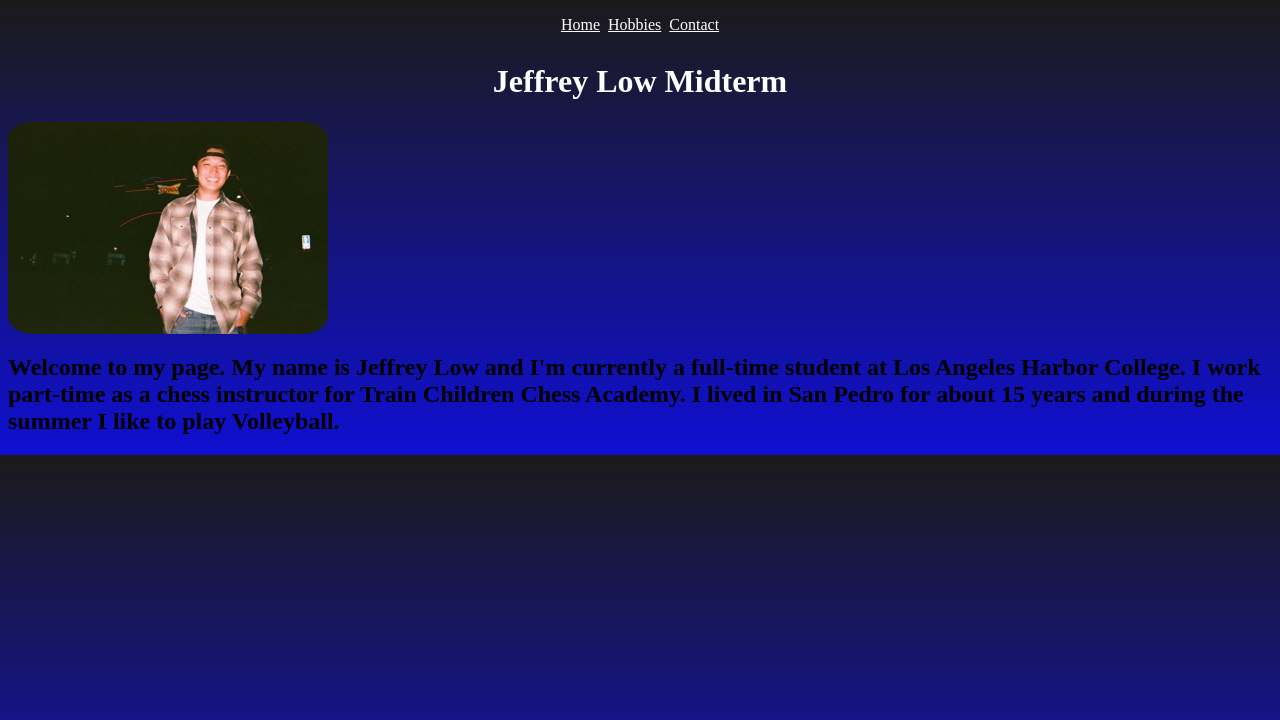
Repository: sebas6292/Jeff-Midterm
Page: home.html
An editor plug-in stored every save of this project. The page is shown before and after the next save, followed by the edit.
The browser window is 1280 px wide. The pictures show the whole page.

Above is the page before, as saved 2023-04-30 23:30:31.

### home.html
<!DOCTYPE html>
<html lang="en">
  <head>
    <title>Home</title>
    <meta charset="UTF-8" />
    <meta name="viewport" content="width=device-width" />
    <link rel="stylesheet" href="styles.css" />
  </head>
  <body>
    <nav>
      <a href="/home.html">Home</a>
      <a href="/hobby.html">Hobbies</a>
      <a href="/contact.html">Contact</a>
    </nav>
    <main>
      <h1>Jeffrey Low Midterm</h1>
      <section class="home-summary">
        <img src="pics/Swag.jpeg">
        <h2>Welcome to my page. My name is Jeffrey Low and I'm currently a full-time student at Los Angeles Harbor College. I work part-time as a chess instructor for Train Children Chess Academy. I lived in San Pedro for about 15 years and during the summer I like to play Volleyball. </h2>
      </section>

    </main>
  </body>
</html>

### styles.css
body {
  background: linear-gradient(rgb(27, 26, 26), rgb(15, 15, 210));
}

nav {
  display: flex;
  flex-wrap: wrap;
  align-items: center;
  justify-content: center;
  padding: 0.5rem;
  gap: 0.5rem;
}
nav, a, h1, p{
  color: white
}

.title {
  display: flex;
  justify-content: center;
}

/* hobbies */
.container {
  display: flex;
  flex-wrap: wrap;
  justify-content: center ;
}
.box-container {
  padding: 1rem;
}
.img-hobbies {
  border-radius: 10%;
}

h1, .contact-info, img {
  display: flex;
  justify-content: center;
  border-radius: 8%;
}

After the next save:
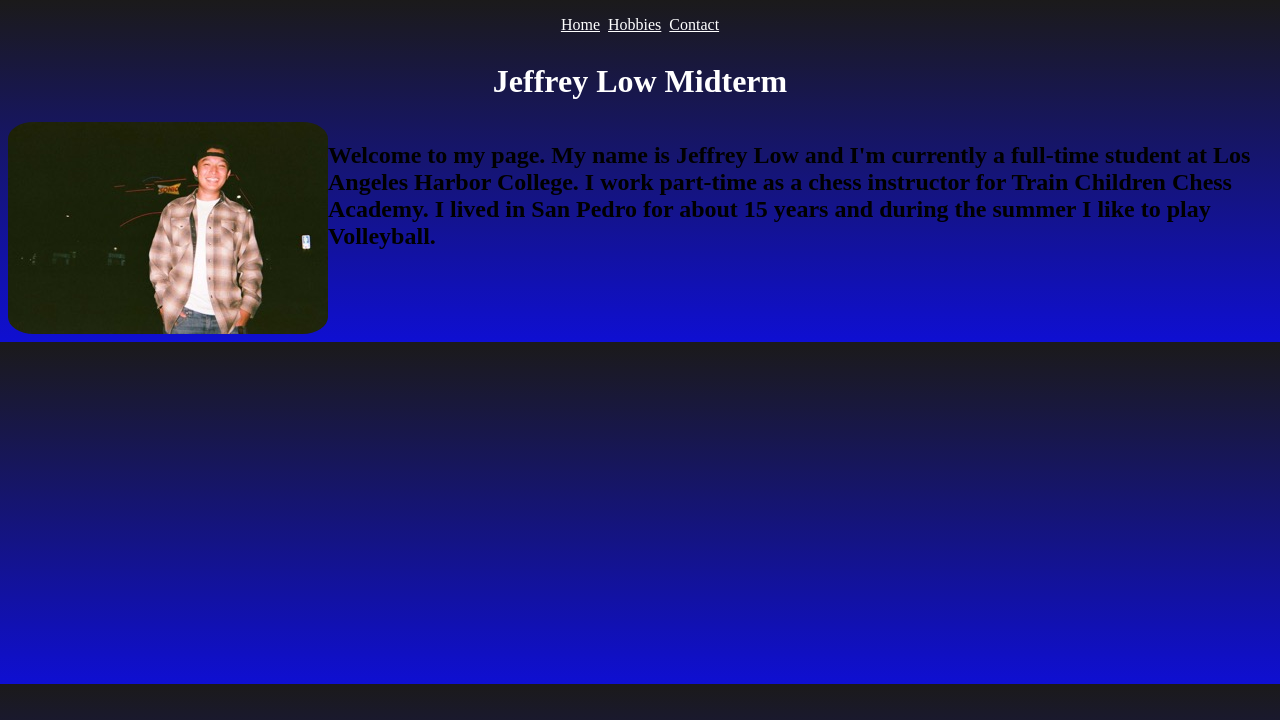
Saved 14 s later.
--- a/styles.css
+++ b/styles.css
@@ -19,6 +19,10 @@
   justify-content: center;
 }
 
+.home-summary {
+  display: flex;
+}
+
 /* hobbies */
 .container {
   display: flex;

After the 2 saves that followed:
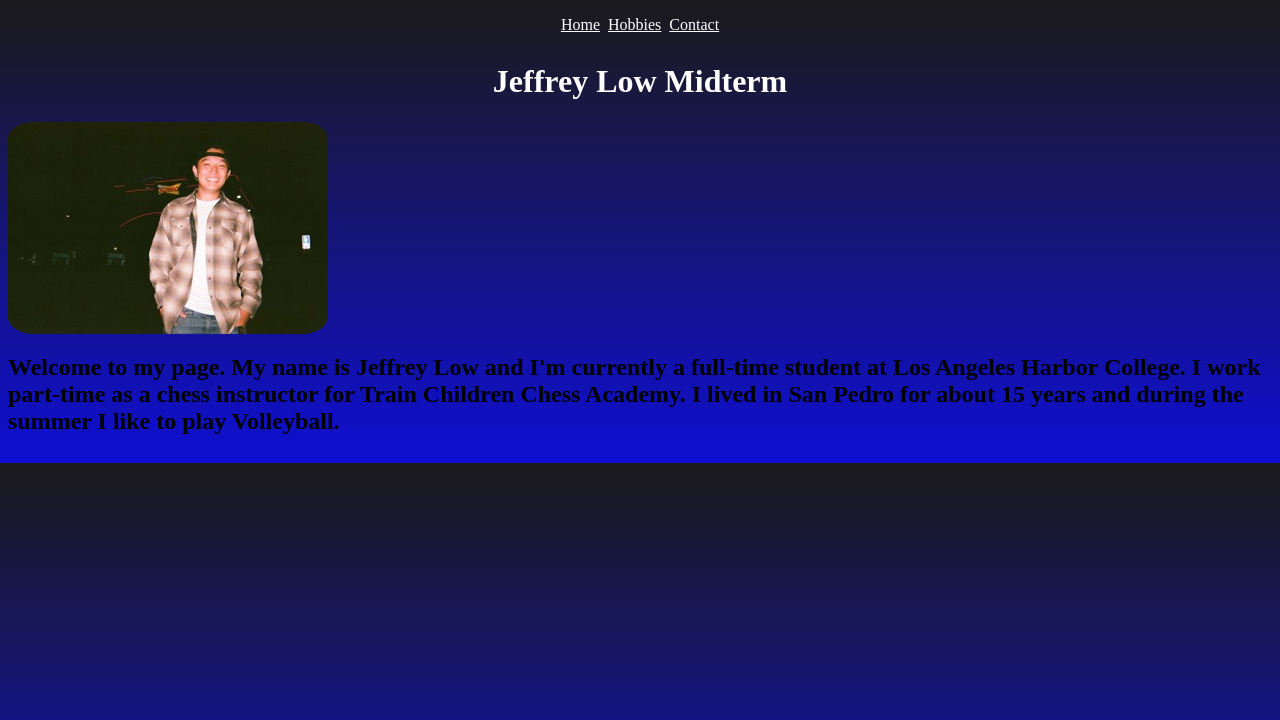
The 2 saves are shown as one change because 1 left the picture as it was.
The last was saved 45 s later.
--- a/home.html
+++ b/home.html
@@ -15,8 +15,12 @@
     <main>
       <h1>Jeffrey Low Midterm</h1>
       <section class="home-summary">
+        <div>
+
+
         <img src="pics/Swag.jpeg">
         <h2>Welcome to my page. My name is Jeffrey Low and I'm currently a full-time student at Los Angeles Harbor College. I work part-time as a chess instructor for Train Children Chess Academy. I lived in San Pedro for about 15 years and during the summer I like to play Volleyball. </h2>
+    </div>
       </section>
 
     </main>
--- a/styles.css
+++ b/styles.css
@@ -21,6 +21,7 @@
 
 .home-summary {
   display: flex;
+  justify-content: center;
 }
 
 /* hobbies */
